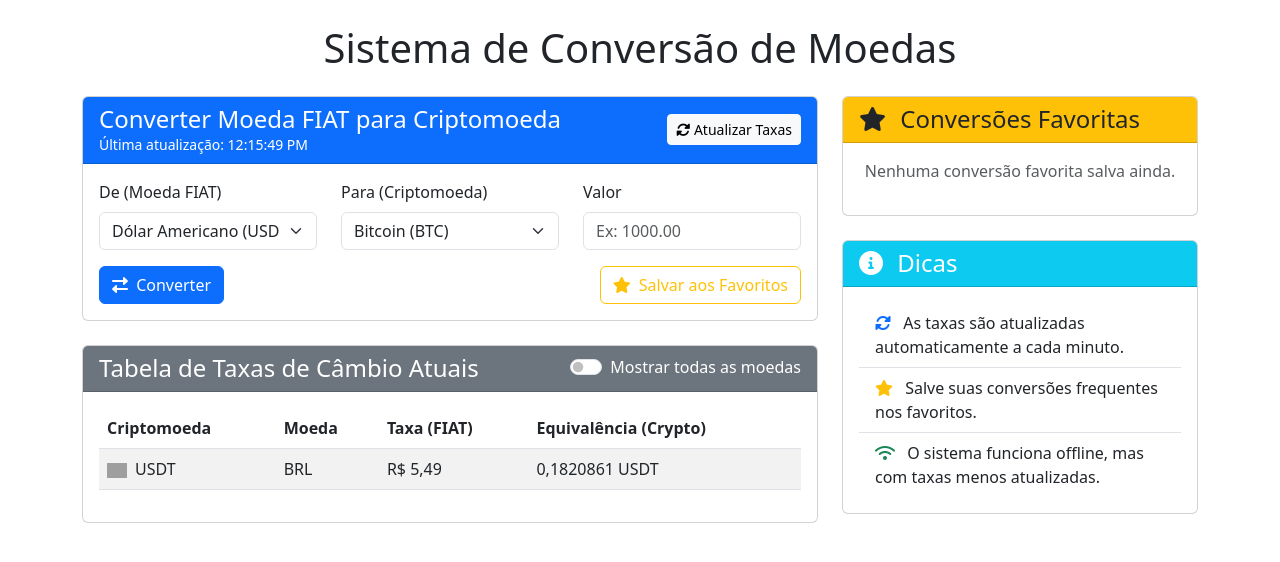
Repository: victorvilanova/crypto-convert-system
Page: index.html
These files come from the project's save history. The page is drawn as it stood at one moment and after the next save; the edit follows.
The browser window is 1280 px wide. The pictures show the whole page.
Pictures or frames that could not be fetched are drawn as grey boxes.

Above is the page before, as saved 2025-04-10 22:08:08.

### index.html
<!DOCTYPE html>
<html lang="pt-br">
  <head>
    <meta charset="UTF-8" />
    <meta name="viewport" content="width=device-width, initial-scale=1.0" />
    <title>Sistema de Conversão FIAT para Criptomoedas</title>
    <link
      href="https://cdn.jsdelivr.net/npm/bootstrap@5.3.0/dist/css/bootstrap.min.css"
      rel="stylesheet"
    />
    <link
      rel="stylesheet"
      href="https://cdnjs.cloudflare.com/ajax/libs/font-awesome/6.0.0-beta3/css/all.min.css"
    />
    <link rel="stylesheet" href="assets/css/style.css" />
  </head>
  <body>
    <div
      id="offlineAlert"
      class="alert alert-warning sticky-top"
      style="display: none"
    >
      <strong>Você está offline!</strong> Os dados de taxas podem estar
      desatualizados.
    </div>

    <div class="container mt-4">
      <div class="row">
        <div class="col-md-12">
          <h1 class="text-center mb-4">Sistema de Conversão de Moedas</h1>

          <!-- Área de mensagens temporárias -->
          <div id="message" class="mb-3" style="display: none"></div>

          <div class="row">
            <!-- Coluna principal -->
            <div class="col-lg-8">
              <!-- Conversor -->
              <div class="card mb-4">
                <div
                  class="card-header bg-primary text-white d-flex justify-content-between align-items-center"
                >
                  <div>
                    <h2 class="h4 mb-0">
                      Converter Moeda FIAT para Criptomoeda
                    </h2>
                    <div class="small">
                      Última atualização: <span id="lastUpdate">--:--:--</span>
                    </div>
                  </div>
                  <button id="forceUpdateBtn" class="btn btn-sm btn-light">
                    <i class="fas fa-sync-alt"></i> Atualizar Taxas
                  </button>
                </div>
                <div class="card-body">
                  <form id="converterForm">
                    <div class="row mb-3">
                      <div class="col-md-4">
                        <label for="fromCurrency" class="form-label"
                          >De (Moeda FIAT)</label
                        >
                        <select id="fromCurrency" class="form-select" required>
                          <!-- Opções serão preenchidas pelo JavaScript -->
                        </select>
                      </div>
                      <div class="col-md-4">
                        <label for="toCrypto" class="form-label"
                          >Para (Criptomoeda)</label
                        >
                        <select id="toCrypto" class="form-select" required>
                          <!-- Opções serão preenchidas pelo JavaScript -->
                        </select>
                      </div>
                      <div class="col-md-4">
                        <label for="amount" class="form-label">Valor</label>
                        <input
                          type="number"
                          id="amount"
                          class="form-control"
                          step="0.01"
                          min="0.01"
                          required
                          placeholder="Ex: 1000.00"
                        />
                      </div>
                    </div>
                    <div class="d-flex justify-content-between">
                      <button
                        type="button"
                        id="convertBtn"
                        class="btn btn-primary"
                      >
                        <i class="fas fa-exchange-alt me-1"></i> Converter
                      </button>
                      <button
                        type="button"
                        id="addFavoriteBtn"
                        class="btn btn-outline-warning"
                      >
                        <i class="fas fa-star me-1"></i> Salvar aos Favoritos
                      </button>
                    </div>
                  </form>

                  <div
                    id="loading"
                    class="text-center my-3"
                    style="display: none"
                  >
                    <div class="spinner-border text-primary" role="status">
                      <span class="visually-hidden">Carregando...</span>
                    </div>
                    <p class="mt-2">Processando, aguarde...</p>
                  </div>

                  <div id="result" class="mt-3" style="display: none">
                    <!-- Resultado será exibido aqui pelo JavaScript -->
                  </div>

                  <div id="error" class="mt-3" style="display: none">
                    <!-- Erros serão exibidos aqui pelo JavaScript -->
                  </div>
                </div>
              </div>

              <!-- Tabela de Taxas de Câmbio -->
              <div class="card">
                <div
                  class="card-header bg-secondary text-white d-flex justify-content-between align-items-center"
                >
                  <h2 class="h4 mb-0">Tabela de Taxas de Câmbio Atuais</h2>
                  <div class="form-check form-switch text-white">
                    <input
                      class="form-check-input"
                      type="checkbox"
                      id="showAllCurrencies"
                    />
                    <label class="form-check-label" for="showAllCurrencies"
                      >Mostrar todas as moedas</label
                    >
                  </div>
                </div>
                <div class="card-body">
                  <div class="table-responsive">
                    <table class="table table-striped table-hover">
                      <thead>
                        <tr>
                          <th>Criptomoeda</th>
                          <th>Moeda</th>
                          <th>Taxa (FIAT)</th>
                          <th>Equivalência (Crypto)</th>
                        </tr>
                      </thead>
                      <tbody id="ratesTableBody">
                        <!-- Taxas serão preenchidas pelo JavaScript -->
                      </tbody>
                    </table>
                  </div>
                </div>
              </div>
            </div>

            <!-- Coluna lateral -->
            <div class="col-lg-4">
              <!-- Favoritos -->
              <div class="card mb-4">
                <div class="card-header bg-warning text-dark">
                  <h2 class="h4 mb-0">
                    <i class="fas fa-star me-2"></i> Conversões Favoritas
                  </h2>
                </div>
                <div class="card-body">
                  <div id="favoritesContainer">
                    <!-- Favoritos serão preenchidos pelo JavaScript -->
                  </div>
                </div>
              </div>

              <!-- Dicas -->
              <div class="card">
                <div class="card-header bg-info text-white">
                  <h2 class="h4 mb-0">
                    <i class="fas fa-info-circle me-2"></i> Dicas
                  </h2>
                </div>
                <div class="card-body">
                  <ul class="list-group list-group-flush">
                    <li class="list-group-item">
                      <i class="fas fa-sync-alt text-primary me-2"></i>
                      As taxas são atualizadas automaticamente a cada minuto.
                    </li>
                    <li class="list-group-item">
                      <i class="fas fa-star text-warning me-2"></i>
                      Salve suas conversões frequentes nos favoritos.
                    </li>
                    <li class="list-group-item">
                      <i class="fas fa-wifi text-success me-2"></i>
                      O sistema funciona offline, mas com taxas menos
                      atualizadas.
                    </li>
                  </ul>
                </div>
              </div>
            </div>
          </div>
        </div>
      </div>
    </div>

    <!-- Importando o ponto de entrada da aplicação como um módulo ES6 -->
    <script type="module" src="assets/js/app.js"></script>
  </body>
</html>

### assets/js/app.js
/**
 * app.js
 * Ponto de entrada principal da aplicação
 */
import { updateRates, getRates, convertCurrency } from './services/ratesService.js';
import { updateUIWithRates, displayResult, showLoading, hideLoading, showError, showMessage } from './ui/uiController.js';
import { saveFavorite, loadFavorites, renderFavorites } from './storage/favoritesManager.js';
import { setupOfflineDetection } from './utils/offlineManager.js';

// DOM Elements
const convertBtn = document.getElementById('convertBtn');
const fromCurrencySelect = document.getElementById('fromCurrency');
const toCryptoSelect = document.getElementById('toCrypto');
const amountInput = document.getElementById('amount');
const addFavoriteBtn = document.getElementById('addFavoriteBtn');
const forceUpdateBtn = document.getElementById('forceUpdateBtn');
const lastUpdateSpan = document.getElementById('lastUpdate');
const showAllCurrenciesCheckbox = document.getElementById('showAllCurrencies');
const converterForm = document.getElementById('converterForm');

// Initialize the app
async function initApp() {
    console.log('Initializing app...');
    setupOfflineDetection();
    loadCurrencyOptions();
    await updateRatesAndUI();
    setInterval(updateRatesAndUI, 60000); // Update every minute
    setupEventListeners();
    renderFavorites();
}

// Load currency options
function loadCurrencyOptions() {
    // FIAT currencies
    const fiatCurrencies = [
        { code: 'USD', name: 'Dólar Americano' },
        { code: 'EUR', name: 'Euro' },
        { code: 'BRL', name: 'Real Brasileiro' },
        { code: 'GBP', name: 'Libra Esterlina' },
        { code: 'JPY', name: 'Iene Japonês' }
    ];

    // Cryptocurrencies
    const cryptoCurrencies = [
        { code: 'BTC', name: 'Bitcoin' },
        { code: 'ETH', name: 'Ethereum' },
        { code: 'ADA', name: 'Cardano' },
        { code: 'SOL', name: 'Solana' },
        { code: 'DOT', name: 'Polkadot' }
    ];

    // Populate selects
    populateSelect(fromCurrencySelect, fiatCurrencies);
    populateSelect(toCryptoSelect, cryptoCurrencies);
}

// Populate select element with options
function populateSelect(selectElement, options) {
    if (!selectElement) {
        console.error('Select element not found');
        return;
    }

    selectElement.innerHTML = '';
    options.forEach(option => {
        const optElement = document.createElement('option');
        optElement.value = option.code;
        optElement.textContent = `${option.name} (${option.code})`;
        selectElement.appendChild(optElement);
    });
}

// Update rates and UI
async function updateRatesAndUI() {
    try {
        showLoading();
        await updateRates();
        updateUIWithRates(getRates(), showAllCurrenciesCheckbox?.checked || false);
        updateLastUpdateTime();
        hideLoading();
    } catch (error) {
        console.error('Failed to update rates:', error);
        showError('Falha ao atualizar taxas. Tentando novamente em breve.');
        hideLoading();
    }
}

// Update last update time
function updateLastUpdateTime() {
    if (lastUpdateSpan) {
        const now = new Date();
        lastUpdateSpan.textContent = now.toLocaleTimeString();
    }
}

// Handle conversion
function handleConversion(e) {
    if (e) e.preventDefault();

    console.log('Converting...');

    if (!fromCurrencySelect || !toCryptoSelect || !amountInput) {
        console.error('Form elements not found');
        showError('Erro ao encontrar elementos do formulário');
        return;
    }

    const fromCurrency = fromCurrencySelect.value;
    const toCrypto = toCryptoSelect.value;
    const amount = parseFloat(amountInput.value);

    console.log(`Converting ${amount} ${fromCurrency} to ${toCrypto}`);

    if (isNaN(amount) || amount <= 0) {
        showError('Por favor, insira um valor válido maior que zero.');
        return;
    }

    try {
        showLoading();
        const result = convertCurrency(fromCurrency, toCrypto, amount);
        hideLoading();
        displayResult(fromCurrency, toCrypto, amount, result);
        showMessage(`Conversão realizada com sucesso!`, 'success');
    } catch (error) {
        hideLoading();
        console.error('Conversion error:', error);
        showError(`Erro na conversão: ${error.message}`);
    }
}

// Handle adding to favorites
function handleAddFavorite() {
    if (!fromCurrencySelect || !toCryptoSelect || !amountInput) {
        showError('Erro ao encontrar elementos do formulário');
        return;
    }

    const fromCurrency = fromCurrencySelect.value;
    const toCrypto = toCryptoSelect.value;
    const amount = parseFloat(amountInput.value);

    if (isNaN(amount) || amount <= 0) {
        showError('Por favor, insira um valor válido maior que zero.');
        return;
    }

    saveFavorite(fromCurrency, toCrypto, amount);
    renderFavorites();
    showMessage(`Conversão salva nos favoritos!`, 'success');
}

// Setup event listeners
function setupEventListeners() {
    console.log('Setting up event listeners...');

    // Convert button
    if (convertBtn) {
        console.log('Adding event listener to convert button');
        convertBtn.addEventListener('click', handleConversion);
    } else {
        console.error('Convert button not found');
    }

    // Form submit
    if (converterForm) {
        converterForm.addEventListener('submit', handleConversion);
    }

    // Add to favorites button
    if (addFavoriteBtn) {
        addFavoriteBtn.addEventListener('click', handleAddFavorite);
    }

    // Force update button
    if (forceUpdateBtn) {
        forceUpdateBtn.addEventListener('click', () => {
            showMessage('Atualizando taxas...', 'info');
            updateRatesAndUI();
        });
    }

    // Show all currencies checkbox
    if (showAllCurrenciesCheckbox) {
        showAllCurrenciesCheckbox.addEventListener('change', () => {
            updateUIWithRates(getRates(), showAllCurrenciesCheckbox.checked);
        });
    }
}

// Initialize the app when DOM is loaded
document.addEventListener('DOMContentLoaded', () => {
    console.log('DOM loaded, initializing app');
    initApp();
});

// Export functions for testing
export { initApp, handleConversion };

### assets/js/services/ratesService.js
/**
 * ratesService.js
 * Serviço responsável por gerenciar as taxas de câmbio
 */

// Simulated rates - in a real application these would come from an API
let cryptoRates = {
    USD: {
        BTC: 35000,   // 1 BTC = $35,000 USD
        ETH: 2000,    // 1 ETH = $2,000 USD
        USDT: 1,      // 1 USDT = $1 USD (stablecoin pegged to USD)
        ADA: 0.45,    // 1 ADA = $0.45 USD
        SOL: 50,      // 1 SOL = $50 USD
        DOT: 6        // 1 DOT = $6 USD
    }
};

// Exchange rates for other currencies relative to USD
const fiatExchangeRates = {
    EUR: 0.92,        // 1 USD = 0.92 EUR
    BRL: 5.50,        // 1 USD = 5.50 BRL
    GBP: 0.79,        // 1 USD = 0.79 GBP
    JPY: 150          // 1 USD = 150 JPY
};

/**
 * Calcula as taxas para todas as moedas com base nas taxas em USD
 */
function calculateAllRates() {
    // Start with USD rates
    const usdRates = cryptoRates.USD;

    // For each fiat currency, calculate crypto rates based on USD
    Object.keys(fiatExchangeRates).forEach(fiatCurrency => {
        const fiatToUsdRate = fiatExchangeRates[fiatCurrency];
        cryptoRates[fiatCurrency] = {};

        // For each crypto, calculate its rate in this fiat currency
        Object.keys(usdRates).forEach(crypto => {
            const cryptoToUsdRate = usdRates[crypto];
            // Rate in fiat = Rate in USD * USD to Fiat rate
            cryptoRates[fiatCurrency][crypto] = cryptoToUsdRate * fiatToUsdRate;
        });
    });
}

/**
 * Atualiza as taxas de criptomoedas (simuladas ou de API)
 * @returns {Promise} Uma promise que resolve quando as taxas são atualizadas
 */
async function updateRates() {
    // Simulated API call
    return new Promise((resolve) => {
        setTimeout(() => {
            // Add some random variation to USD rates to simulate market changes (±5%)
            Object.keys(cryptoRates.USD).forEach(crypto => {
                const currentRate = cryptoRates.USD[crypto];
                const variation = (Math.random() * 0.1) - 0.05; // -5% to +5%
                cryptoRates.USD[crypto] = currentRate * (1 + variation);
            });

            // Recalculate rates for all currencies
            calculateAllRates();
            resolve(cryptoRates);
        }, 1000); // Simulate 1 second delay
    });
}

/**
 * Obtém as taxas atuais
 * @returns {Object} Objeto com as taxas de câmbio
 */
function getRates() {
    return cryptoRates;
}

/**
 * Converte uma quantidade de moeda FIAT para criptomoeda
 * @param {string} fromCurrency - Moeda FIAT de origem
 * @param {string} toCrypto - Criptomoeda de destino
 * @param {number} amount - Quantidade a converter
 * @returns {number} Resultado da conversão em criptomoeda
 */
function convertCurrency(fromCurrency, toCrypto, amount) {
    // Verificar se temos taxas para esta conversão
    if (!cryptoRates[fromCurrency] || !cryptoRates[fromCurrency][toCrypto]) {
        throw new Error(`Taxas não disponíveis para conversão de ${fromCurrency} para ${toCrypto}`);
    }

    // Taxa: quanto custa 1 unidade de criptomoeda em moeda FIAT
    const rate = cryptoRates[fromCurrency][toCrypto];

    // Resultado: quantidade em cripto = quantidade em FIAT / preço da cripto
    return amount / rate;
}

// Initialize rates when module is loaded
calculateAllRates();

// Export functions
export {
    updateRates,
    getRates,
    convertCurrency
};

### assets/js/storage/favoritesManager.js
/**
 * favoritesManager.js
 * Gerencia o armazenamento e exibição de conversões favoritas
 */
import { convertCurrency } from '../services/ratesService.js';

// DOM Element
const favoritesContainer = document.getElementById('favoritesContainer');

// Local Storage key
const FAVORITES_STORAGE_KEY = 'crypto_favorites';

/**
 * Salva uma conversão favorita
 * @param {string} fromCurrency - Moeda FIAT de origem
 * @param {string} toCrypto - Criptomoeda de destino
 * @param {number} amount - Quantidade a converter
 */
function saveFavorite(fromCurrency, toCrypto, amount) {
    const favorites = loadFavorites();

    // Create favorite object
    const favorite = {
        id: Date.now(), // Use timestamp as unique ID
        fromCurrency,
        toCrypto,
        amount,
        createdAt: new Date().toISOString()
    };

    // Add to favorites array
    favorites.push(favorite);

    // Save to localStorage
    localStorage.setItem(FAVORITES_STORAGE_KEY, JSON.stringify(favorites));

    return favorite;
}

/**
 * Carrega as conversões favoritas do localStorage
 * @returns {Array} Array com as conversões favoritas
 */
function loadFavorites() {
    const favoritesJson = localStorage.getItem(FAVORITES_STORAGE_KEY);
    return favoritesJson ? JSON.parse(favoritesJson) : [];
}

/**
 * Remove uma conversão favorita
 * @param {number} id - ID da conversão favorita a remover
 */
function removeFavorite(id) {
    const favorites = loadFavorites();
    const updatedFavorites = favorites.filter(fav => fav.id !== id);
    localStorage.setItem(FAVORITES_STORAGE_KEY, JSON.stringify(updatedFavorites));
    renderFavorites();
}

/**
 * Renderiza as conversões favoritas na UI
 */
function renderFavorites() {
    const favorites = loadFavorites();

    if (favorites.length === 0) {
        favoritesContainer.innerHTML = '<p class="text-muted text-center">Nenhuma conversão favorita salva ainda.</p>';
        return;
    }

    favoritesContainer.innerHTML = '';
    const favsList = document.createElement('div');
    favsList.className = 'list-group';

    favorites.forEach(favorite => {
        try {
            // Try to calculate current value based on latest rates
            const currentResult = convertCurrency(
                favorite.fromCurrency,
                favorite.toCrypto,
                favorite.amount
            );

            const listItem = document.createElement('div');
            listItem.className = 'list-group-item list-group-item-action';

            const formattedAmount = favorite.amount.toLocaleString('pt-BR', {
                style: 'currency',
                currency: favorite.fromCurrency
            });

            const formattedResult = currentResult.toLocaleString('pt-BR', {
                maximumFractionDigits: 8
            });

            listItem.innerHTML = `
                <div class="d-flex w-100 justify-content-between">
                    <h6 class="mb-1">${formattedAmount} → ${favorite.toCrypto}</h6>
                    <button class="btn btn-sm btn-outline-danger delete-favorite"
                            data-id="${favorite.id}">
                        <i class="fas fa-trash"></i>
                    </button>
                </div>
                <p class="mb-1">${formattedResult} ${favorite.toCrypto}</p>
                <small class="text-muted">
                    Adicionado em ${new Date(favorite.createdAt).toLocaleDateString('pt-BR')}
                </small>
            `;

            favsList.appendChild(listItem);
        } catch (error) {
            console.error('Error rendering favorite:', error);
        }
    });

    favoritesContainer.appendChild(favsList);

    // Add event listeners for delete buttons
    document.querySelectorAll('.delete-favorite').forEach(button => {
        button.addEventListener('click', (e) => {
            e.preventDefault();
            const id = parseInt(button.getAttribute('data-id'));
            removeFavorite(id);
        });
    });
}

export {
    saveFavorite,
    loadFavorites,
    removeFavorite,
    renderFavorites
};

### assets/js/utils/offlineManager.js
/**
 * offlineManager.js
 * Gerencia a detecção de conexão offline e seus efeitos na aplicação
 */

// DOM element
const offlineAlert = document.getElementById('offlineAlert');

/**
 * Configura a detecção de conexão offline/online
 */
function setupOfflineDetection() {
    // Check initial status
    updateOfflineStatus();

    // Add event listeners for online/offline events
    window.addEventListener('online', updateOfflineStatus);
    window.addEventListener('offline', updateOfflineStatus);
}

/**
 * Atualiza o status de conexão na interface
 */
function updateOfflineStatus() {
    if (navigator.onLine) {
        offlineAlert.style.display = 'none';
    } else {
        offlineAlert.style.display = 'block';
    }
}

export {
    setupOfflineDetection
};

Loaded but not shown: assets/js/ui/uiController.js (182 lines, source omitted); assets/css/style.css (no stored copy; drawn as an empty file)

After the next save:
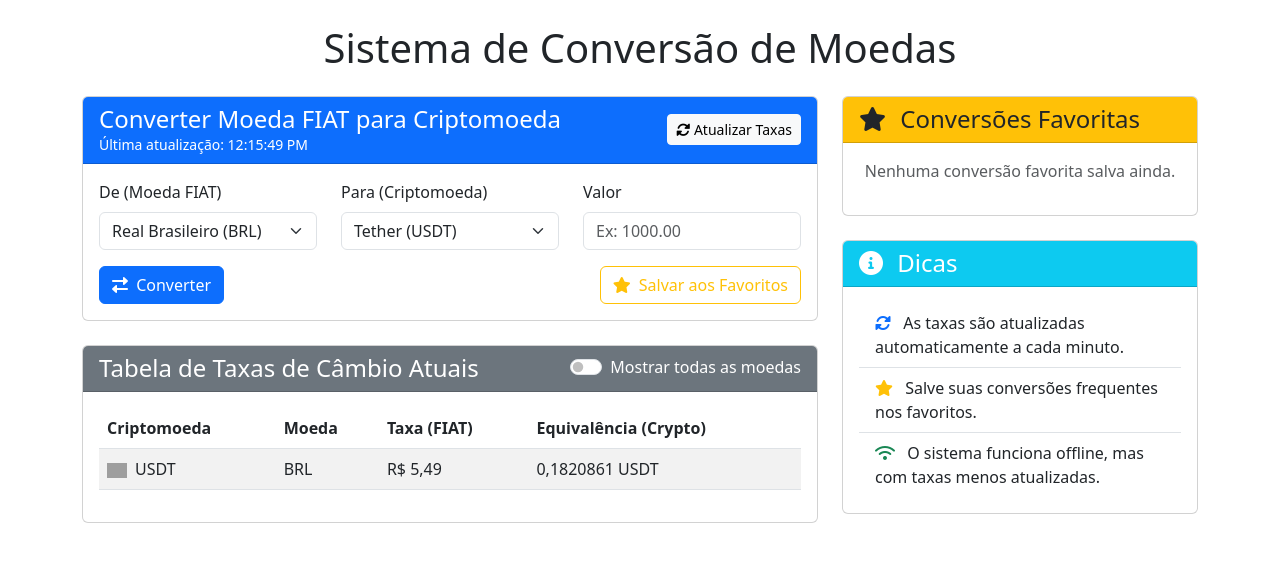
Saved 33 s later.
--- a/assets/js/app.js
+++ b/assets/js/app.js
@@ -17,6 +17,7 @@ const forceUpdateBtn = document.getElementById('forceUpdateBtn');
 const lastUpdateSpan = document.getElementById('lastUpdate');
 const showAllCurrenciesCheckbox = document.getElementById('showAllCurrencies');
 const converterForm = document.getElementById('converterForm');
+const ratesTableBody = document.getElementById('ratesTableBody');
 
 // Initialize the app
 async function initApp() {
@@ -33,15 +34,16 @@ async function initApp() {
 function loadCurrencyOptions() {
     // FIAT currencies
     const fiatCurrencies = [
+        { code: 'BRL', name: 'Real Brasileiro' },
         { code: 'USD', name: 'Dólar Americano' },
         { code: 'EUR', name: 'Euro' },
-        { code: 'BRL', name: 'Real Brasileiro' },
         { code: 'GBP', name: 'Libra Esterlina' },
         { code: 'JPY', name: 'Iene Japonês' }
     ];
 
     // Cryptocurrencies
     const cryptoCurrencies = [
+        { code: 'USDT', name: 'Tether' },
         { code: 'BTC', name: 'Bitcoin' },
         { code: 'ETH', name: 'Ethereum' },
         { code: 'ADA', name: 'Cardano' },
@@ -52,6 +54,10 @@ function loadCurrencyOptions() {
     // Populate selects
     populateSelect(fromCurrencySelect, fiatCurrencies);
     populateSelect(toCryptoSelect, cryptoCurrencies);
+
+    // Set default values to BRL and USDT
+    if (fromCurrencySelect) fromCurrencySelect.value = 'BRL';
+    if (toCryptoSelect) toCryptoSelect.value = 'USDT';
 }
 
 // Populate select element with options
